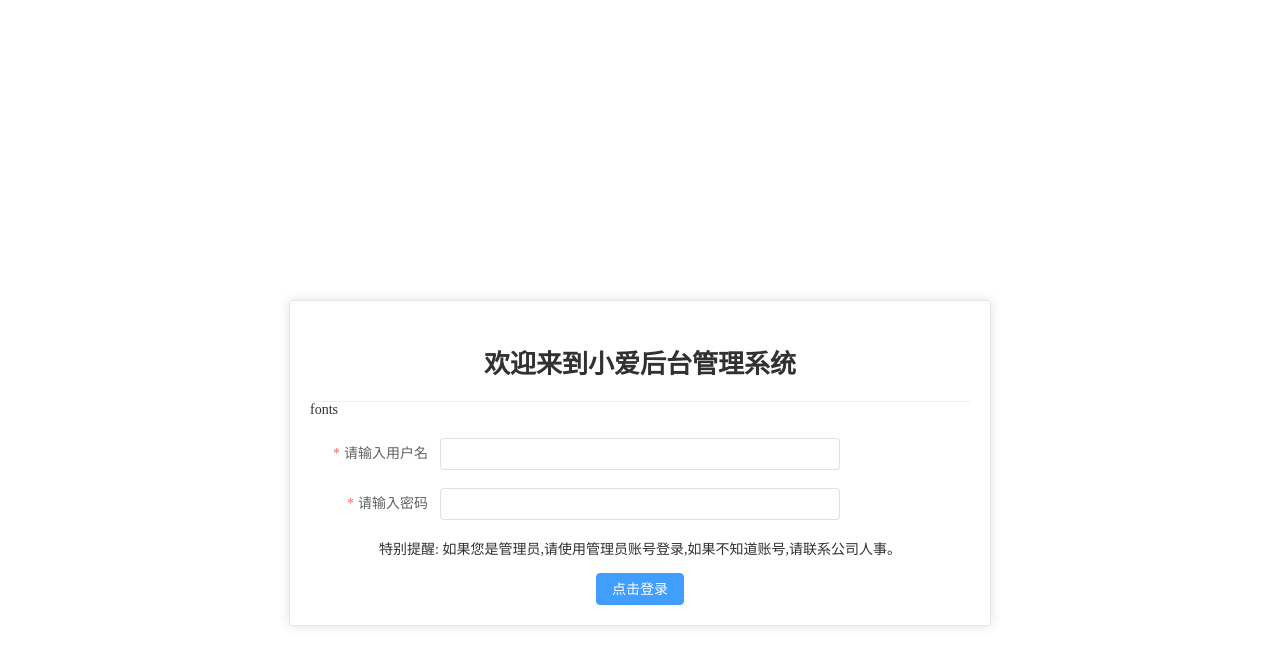
Repository: xinwuhao/CCG
Page: /login
The author's editor kept a copy of each file at every save. The page is drawn from the files as they stood at one save, then again after the next save.
The browser window is 1280 px wide. The pictures show the whole page.
The project was rebuilt for these pictures with package versions that can differ from the ones it lists, and the page was loaded fresh each time. Also part of the build but not shown: vite.config.ts, src/components/navHeader/NavHeader.vue, src/components/navLeft/NavLeft.vue, src/views/layout/Layout.vue.

Above is the page before, as saved 2021-09-22 11:57:28.

After the next save:
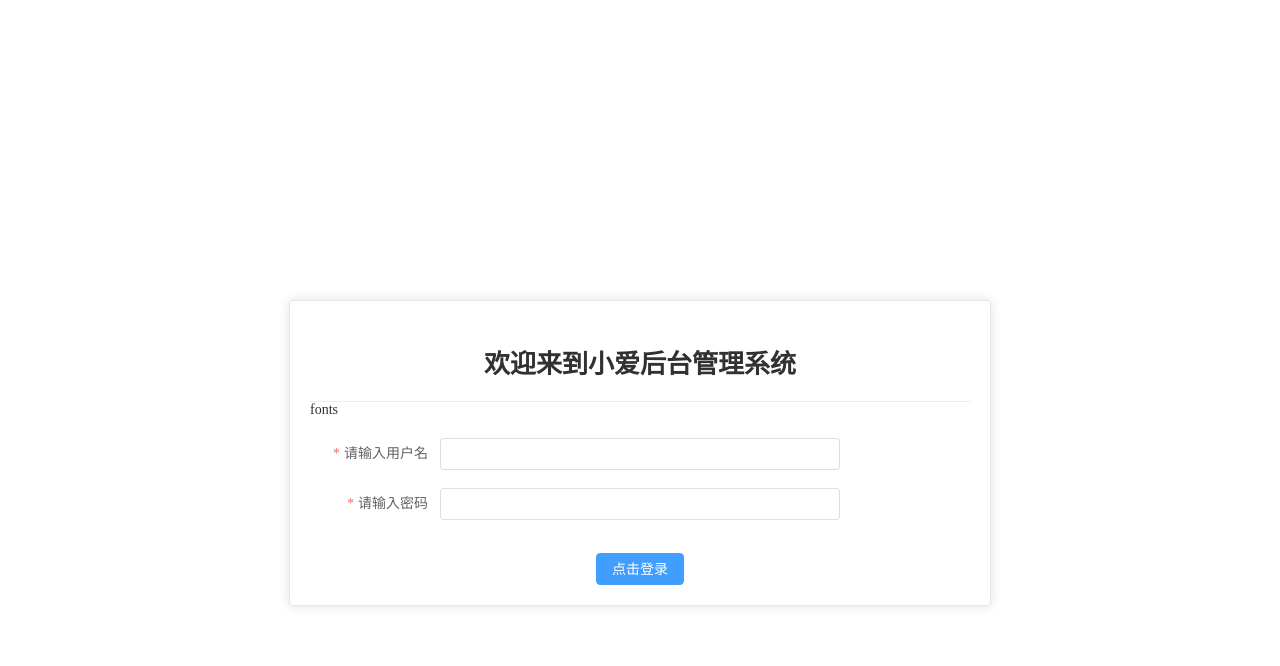
Saved 4 s later.
--- a/src/views/login/login.vue
+++ b/src/views/login/login.vue
@@ -22,10 +22,6 @@
           </el-form>
         </div>
         <!-- 登录按钮 -->
-        <div class="fonts">
-          特别提醒:
-          如果您是管理员,请使用管理员账号登录,如果不知道账号,请联系公司人事。
-        </div>
         <div class="buttop">
           <el-button type="primary" @click="getlong">点击登录</el-button>
         </div>
